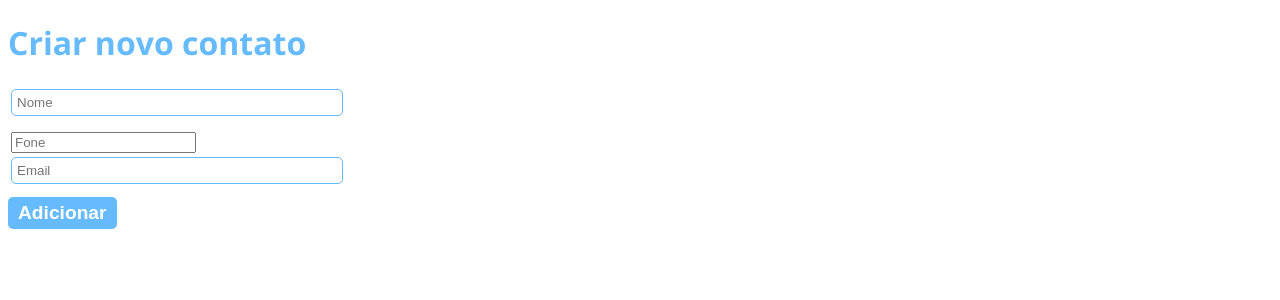
Repository: sergiotales1/agendactt-java
Page: http://localhost/agenda/novo.html
The author's editor kept a copy of each file at every save. The page is drawn from the files as they stood at one save, then again after the next save.
The browser window is 1280 px wide. The pictures show the whole page.
The page is served by Tomcat 9.

Above is the page before, as saved 2023-11-25 19:03:25.

After the next save:
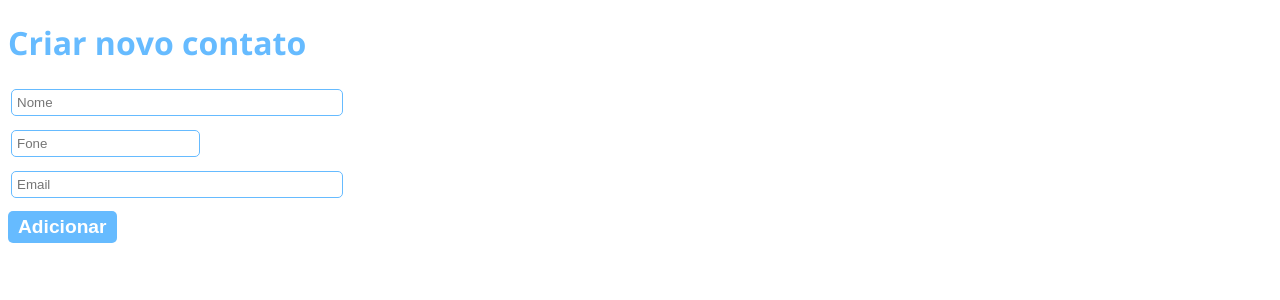
Saved 29 s later.
--- a/agenda/src/main/webapp/style.css
+++ b/agenda/src/main/webapp/style.css
@@ -30,3 +30,10 @@ h1{
 	border: 1px solid #66bbff;
 	border-radius: 5px;
 }
+
+.Caixa2 {
+	padding: 5px;
+	margin-bottom: 10px;
+	border: 1px solid #66bbff;
+	border-radius: 5px;
+}
